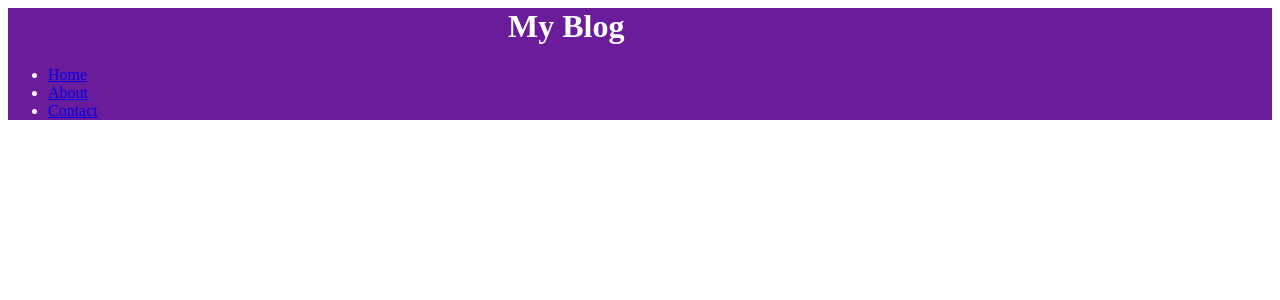
Repository: Femi007-gh/BLOG
Page: index.html
The author's editor kept a copy of each file at every save. The page is drawn from the files as they stood at one save, then again after the next save.
The browser window is 1280 px wide. The pictures show the whole page.

Above is the page before, as saved 2025-01-08 06:52:14.

### index.html
<html>
  <head>
    <title>BLOG</title>
    <link rel="stylesheet" href="style.css">
  </head>
  <body>
    <header>
      <h1 class="head">My Blog</h1>
      <nav>
        <ul>
          <li><a href="#">Home</a></li>
          <li><a href="#">About</a></li>
          <li><a href="#">Contact</a></li>
        </ul>
      </nav>
    </header>
  </body>
</html>

### style.css
header {
  background-color: 6B1C9B;
  color: white;
}

.head {
  margin-left: 500px;
  margin-top 10px;
}

After the next save:
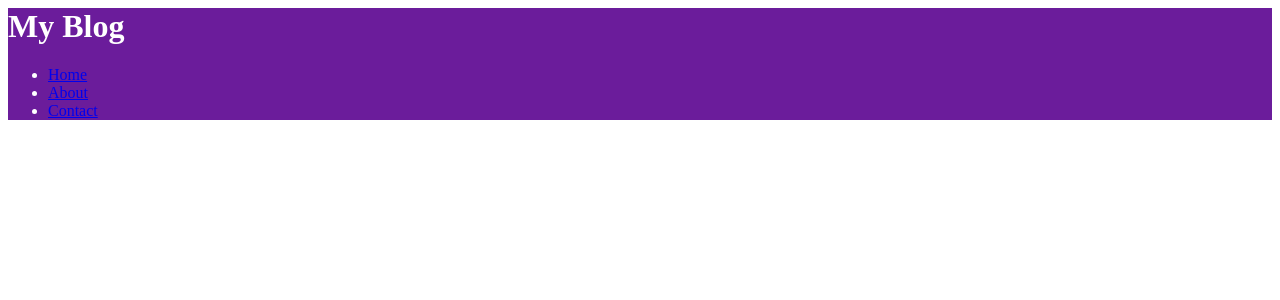
Saved 10 s later.
--- a/style.css
+++ b/style.css
@@ -2,8 +2,3 @@ header {
   background-color: 6B1C9B;
   color: white;
 }
-
-.head {
-  margin-left: 500px;
-  margin-top 10px;
-}
